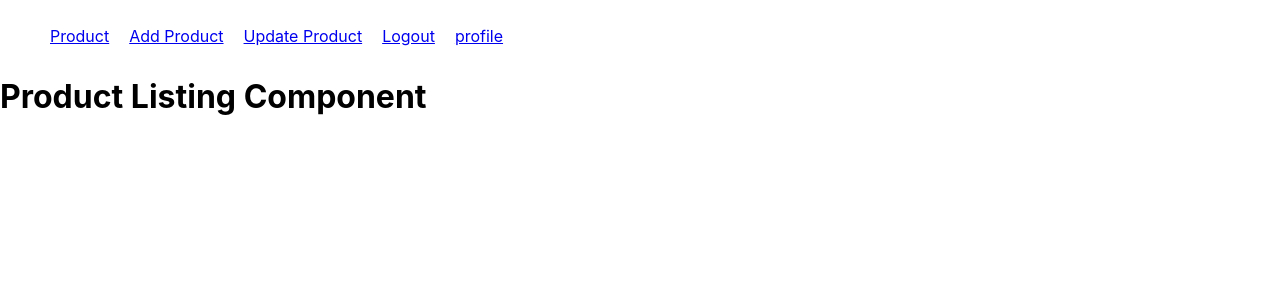
Repository: ShahbazGurmani/react-code-e-dashboard
Page: /
The author's editor kept a copy of each file at every save. The page is drawn from the files as they stood at one save, then again after the next save.
The browser window is 1280 px wide. The pictures show the whole page.
The project was rebuilt for these pictures with package versions that can differ from the ones it lists, and the page was loaded fresh each time.

Above is the page before, as saved 2023-08-23 02:13:58.

### src/App.js

import './App.css';
import Nav from './Nav';
import { BrowserRouter, Route, Routes } from 'react-router-dom';

function App() {
  return (
    <div className="App">
      <BrowserRouter>
        <Nav/>
        <Routes>
          <Route path='/' element={<h1>Product Listing Component</h1>}/>
          <Route path='/add' element={<h1>Add Product Component</h1>}/>
          <Route path='/update' element={<h1>Products Update Component</h1>}/>
          <Route path='/logout' element={<h1>Logout Component</h1>}/>
          <Route path='/profile' element={<h1>profile Component</h1>}/>
        </Routes>

        </BrowserRouter>
    </div>
  );
}

export default App;

### src/App.css
.nav-ul li{
  display: inline-block;
  padding: 10px;
}


@media (prefers-reduced-motion: no-preference) {
  .App-logo {
    animation: App-logo-spin infinite 20s linear;
  }
}

.App-header {
  background-color: #282c34;
  min-height: 100vh;
  display: flex;
  flex-direction: column;
  align-items: center;
  justify-content: center;
  font-size: calc(10px + 2vmin);
  color: white;
}

.App-link {
  color: #61dafb;
}

@keyframes App-logo-spin {
  from {
    transform: rotate(0deg);
  }
  to {
    transform: rotate(360deg);
  }
}

### src/Nav.js
import React from "react";
import { Link } from "react-router-dom";

const Nav = ()=>{
    return(
        <div>
            <ul className="nav-ul">
               <li><Link to="/">Product</Link></li>
               <li><Link to="/add">Add Product</Link></li>
               <li><Link to="/update">Update Product</Link></li>
               <li><Link to="/logout">Logout</Link></li>
               <li><Link to="/profile">profile</Link></li>
            </ul>
        </div>
    )

}

export default Nav;

Loaded but not shown: public/index.html (common file); src/index.js (common file); src/index.css (common file); src/reportWebVitals.js (common file)

After the next save:
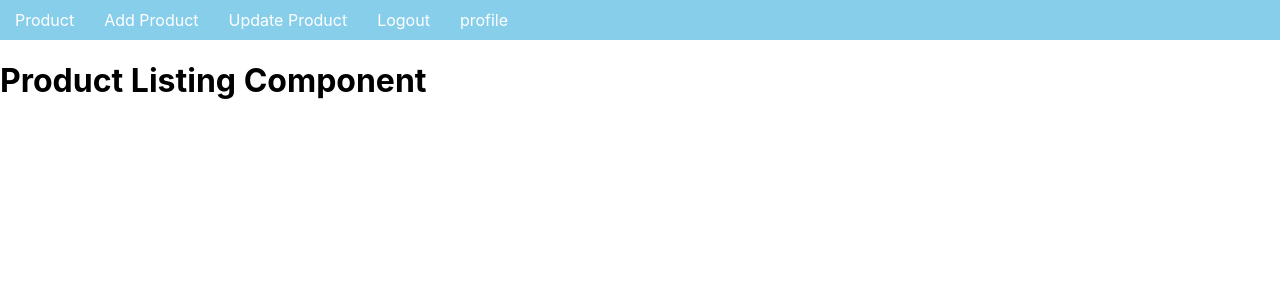
Saved 19 h 27 min later.
--- a/src/App.css
+++ b/src/App.css
@@ -1,6 +1,19 @@
+.nav-ul{
+  padding: 0px;
+    margin: 0;
+    background-color: skyblue;
+}
+
 .nav-ul li{
   display: inline-block;
   padding: 10px;
+
+}
+
+.nav-ul li a{
+  color: white;
+    padding: 5px;
+    text-decoration: none;
 }
 
 
